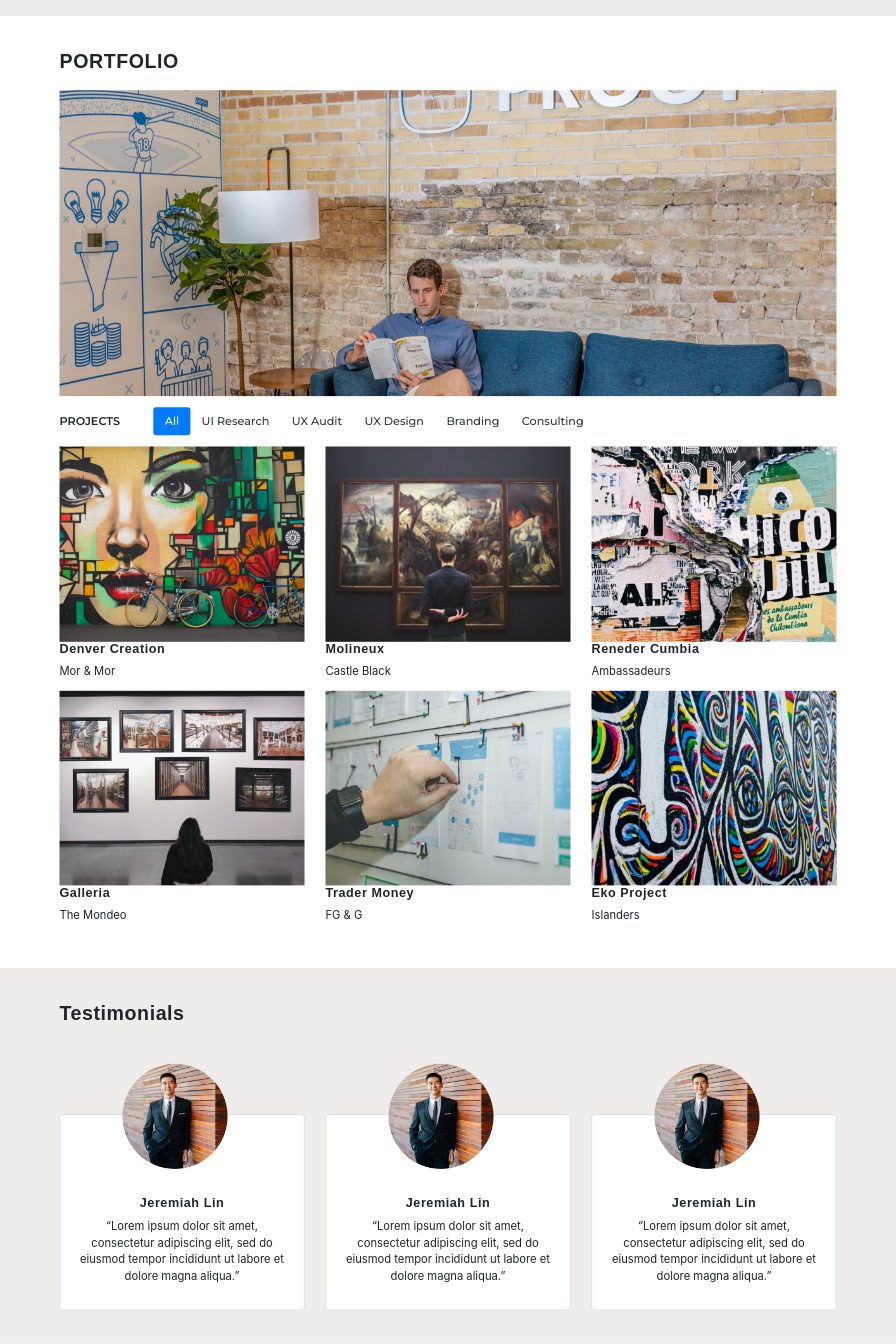
Repository: Syfon01/hng-port
Page: index.html
The author's editor kept a copy of each file at every save. The page is drawn from the files as they stood at one save, then again after the next save.
The browser window is 1280 px wide. The pictures show the part of the page from y = 1877 to 3797 px (the page is 3797 px tall), at 70% of full size.
Some web fonts or font styles are not loaded; a fallback is used.

Above is the page before, as saved 2020-06-28 19:34:20.

After the next save:
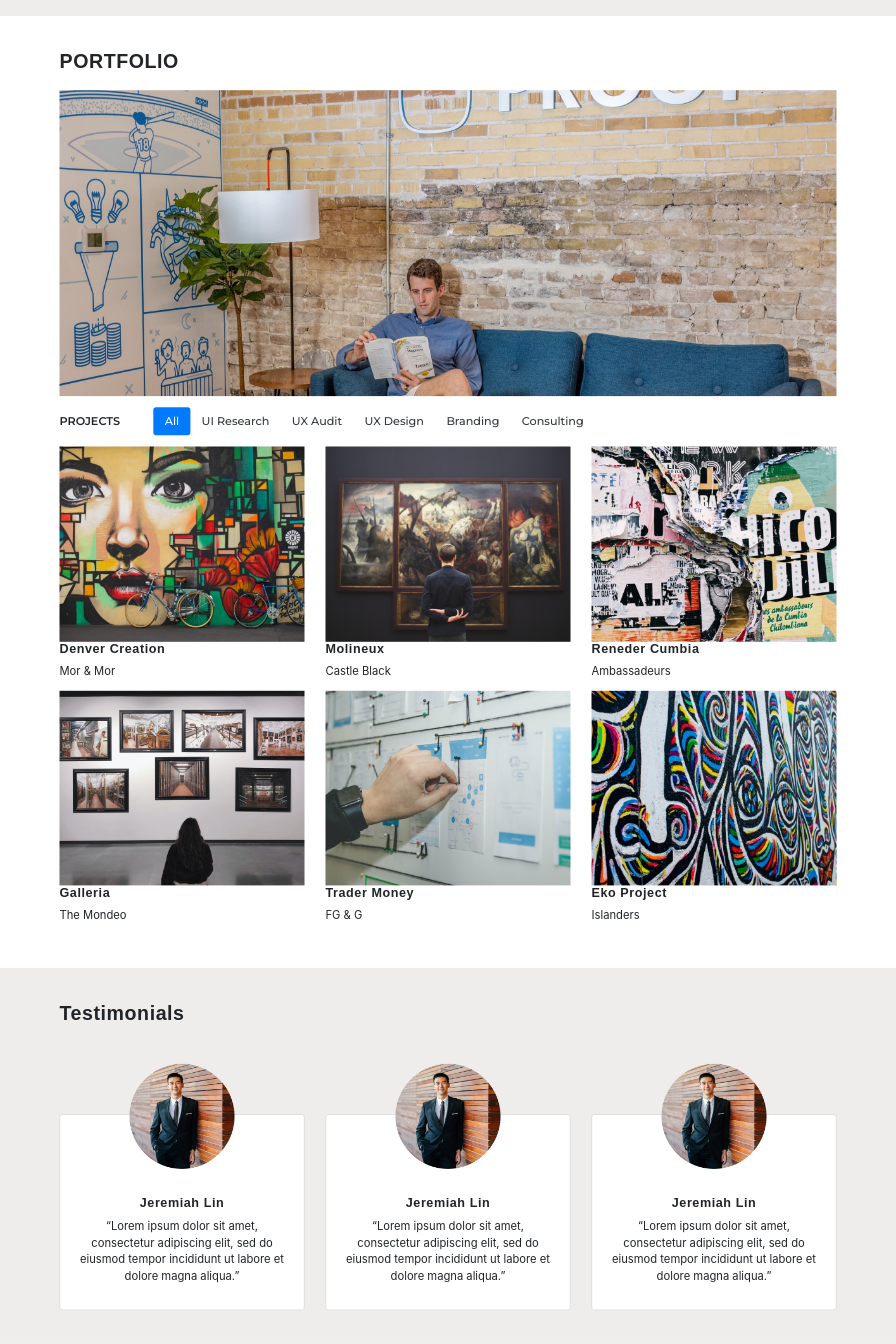
Saved 14 s later.
--- a/style.css
+++ b/style.css
@@ -83,7 +83,7 @@ h5{
 .card-image{
   position: absolute;
   top:0;
-  left: 90px;
+  left: 100px;
   width: 150px;
   height: 150px;
   text-align: center;
